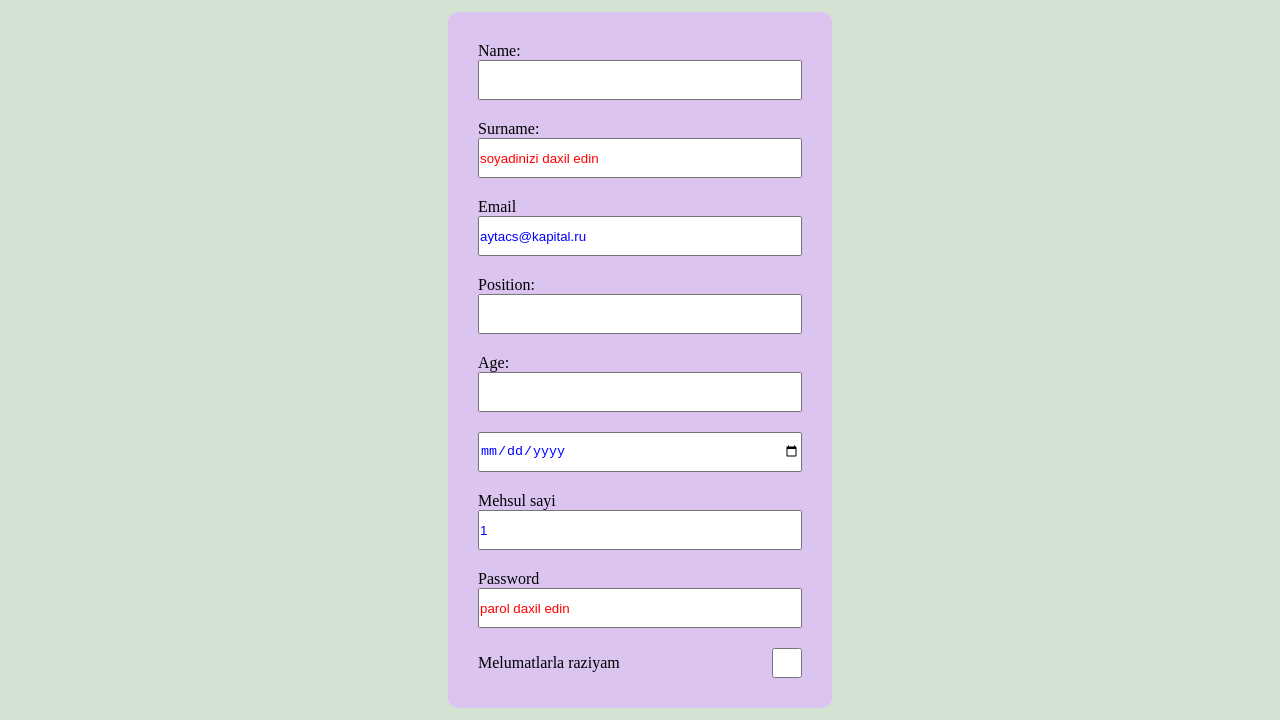
Repository: AytacSafarova/Form-lesson
Page: index.html
An editor plug-in stored every save of this project. The page is shown before and after a run of saves, followed by the edit.
The browser window is 1280 px wide. The pictures show the whole page.

Above is the page before, as saved 2023-08-29 14:47:21.

### index.html
<!DOCTYPE html>
<html lang="en">
  <head>
    <meta charset="UTF-8" />
    <meta name="viewport" content="width=device-width, initial-scale=1.0" />
    <title>Document</title>
    <link rel="stylesheet" href="./index.css" />
  </head>
  <body>
    <div>
      <form action="https://randomuser.me/api/">
        <label for="">
          Name:
          <input type="text" name="user-name" />
        </label>
        <label for="">
          Surname:
          <input placeholder="soyadinizi daxil edin" type="text" />
        </label>
        <label for="">
          Email
          <input
            placeholder="emaili daxil edin"
            type="email"
            value="aytacs@kapital.ru"
          />
        </label>
        <label for="">
          Position:
          <input type="text" />
        </label>
        <label for="">
          Age:
          <input type="number" />
        </label>
        <label for="">
          <input type="date" />
        </label>
        <label for="">
          Mehsul sayi
          <input
            placeholder="mehsul sayini daxil edin"
            type="number"
            value="1"
          />
        </label>

        <label for="">
          Password
          <input placeholder="parol daxil edin" type="password" />
        </label>
        <label for="" class="input-checkbox">
            Melumatlarla raziyam
            <input type="checkbox">
        </label>
      </form>
    </div>
  </body>
</html>

### index.css
*{
    margin: 0;
    padding: 0;
    box-sizing: border-box;
}
div{
    background-color: #D4E2D4;
   min-height: 100vh;
   width: 100%;
   display: flex;
   justify-content: center;
   align-items: center;
}
form{
    width: 30%;
    padding: 30px;
    background-color: #DBC4F0;
    border-radius: 10px;
    display: flex;
    flex-direction: column;
    gap: 20px;
}
input{
width: 100%;
height: 40px;
color: blue;
}

input::placeholder{
    color: red;
}

.input-checkbox{
    display: flex;
    align-items: center;
    justify-content: space-between;
}
.input-checkbox input{
    width: 30px;
    height: 30px;
}

After the next 2 saves:
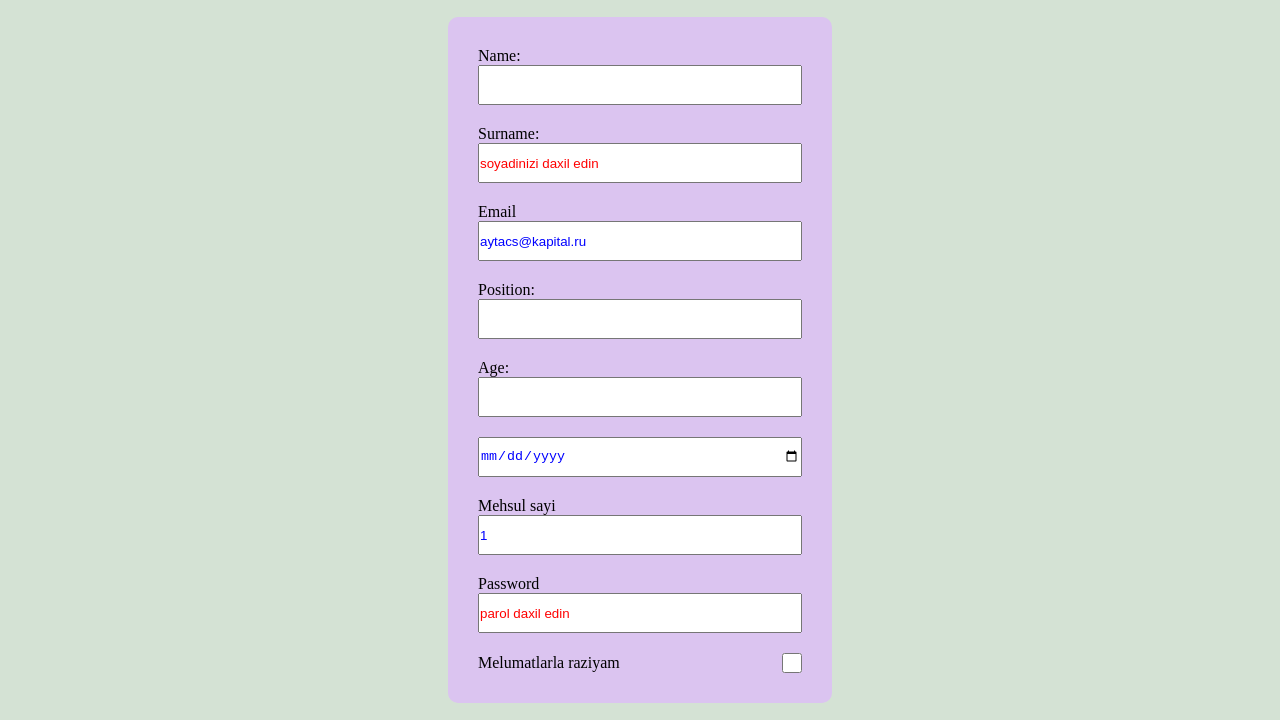
The 2 saves are shown as one change because they came seconds apart.
The last was saved 8 s later.
--- a/index.css
+++ b/index.css
@@ -36,6 +36,6 @@ input::placeholder{
     justify-content: space-between;
 }
 .input-checkbox input{
-    width: 30px;
-    height: 30px;
+    width: 20px;
+    height: 20px;
 }
